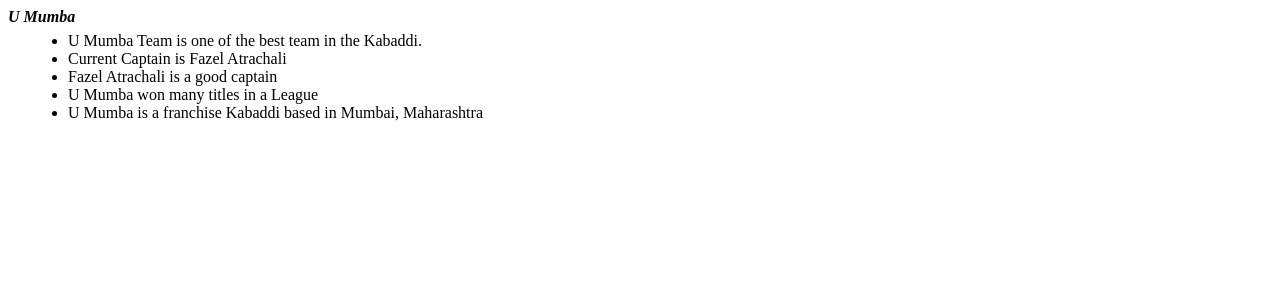
Repository: devanshudave1901/DevanshuDave_Sec002_ICE-05
Page: InfoFiles/torontoMapleLeaf.html
An editor plug-in stored every save of this project. The page is shown before and after the next save, followed by the edit.
The browser window is 1280 px wide. The pictures show the whole page.

Above is the page before, as saved 2022-03-20 21:18:21.

### InfoFiles/torontoMapleLeaf.html
<!DOCTYPE html>
<html>
<head>
<meta charset="utf-8">
<title>
</title>
</head>
<body>
<div>
<b><i>U Mumba</i></b><ul style="margin: 6px 0px 6px 20px; text-indent: 0pt;"> <li> U Mumba Team is one of the best team in the Kabaddi.
<li >Current Captain is </b>Fazel Atrachali </li
><li > Fazel Atrachali is a good captain</li>
<li>U Mumba won many titles in a League</li>
<li>U Mumba is a franchise Kabaddi based in Mumbai, Maharashtra</li>
</div>
</body>
</html>

After the next save:
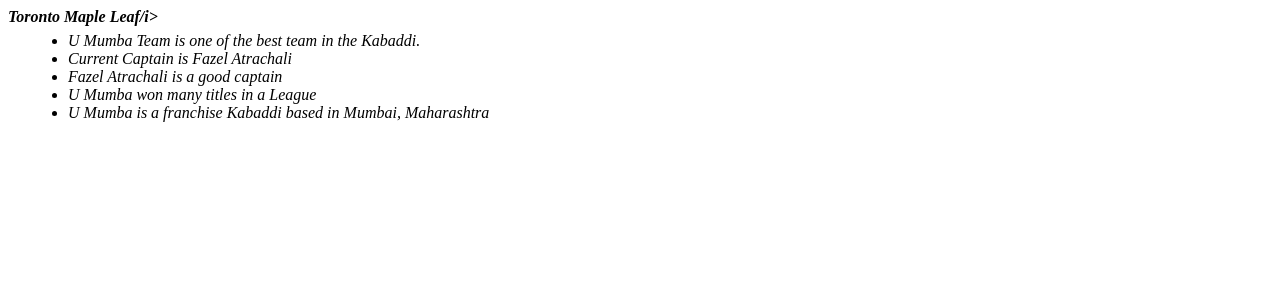
Saved 12 s later.
--- a/InfoFiles/torontoMapleLeaf.html
+++ b/InfoFiles/torontoMapleLeaf.html
@@ -7,7 +7,7 @@
 </head>
 <body>
 <div>
-<b><i>U Mumba</i></b><ul style="margin: 6px 0px 6px 20px; text-indent: 0pt;"> <li> U Mumba Team is one of the best team in the Kabaddi.
+<b><i>Toronto Maple Leaf/i></b><ul style="margin: 6px 0px 6px 20px; text-indent: 0pt;"> <li> U Mumba Team is one of the best team in the Kabaddi.
 <li >Current Captain is </b>Fazel Atrachali </li
 ><li > Fazel Atrachali is a good captain</li>
 <li>U Mumba won many titles in a League</li>
